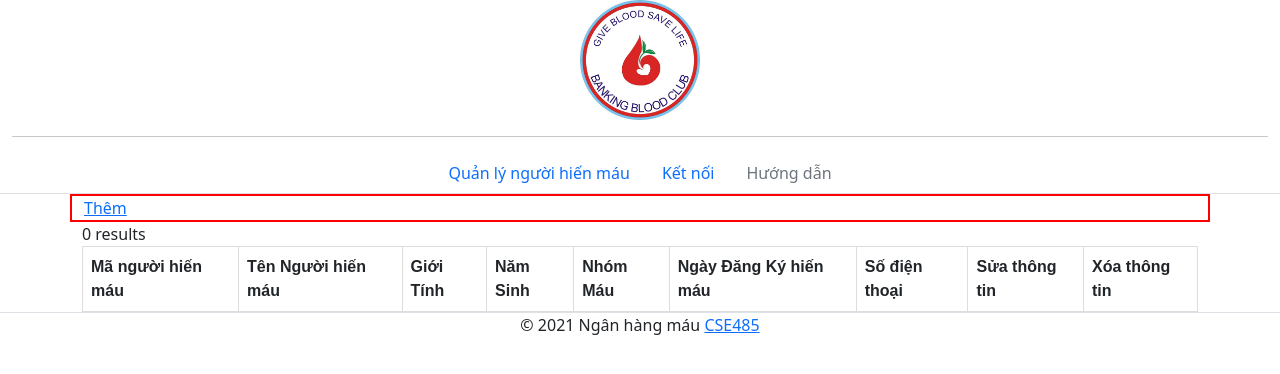
Repository: lengso01/CSE485_K61_KTGK_1951060981
Page: http://localhost/danhsach.php
The author's editor kept a copy of each file at every save. The page is drawn from the files as they stood at one save, then again after the next save.
The browser window is 1280 px wide. The pictures show the whole page.
Some web libraries are served in a nearby version. The page is run by PHP 8.4 with error messages shown; the project is at /var/www/html/. Queries for data that is not in the repository find no rows.

Above is the page before, as saved 2021-10-21 11:13:35.

After the next save:
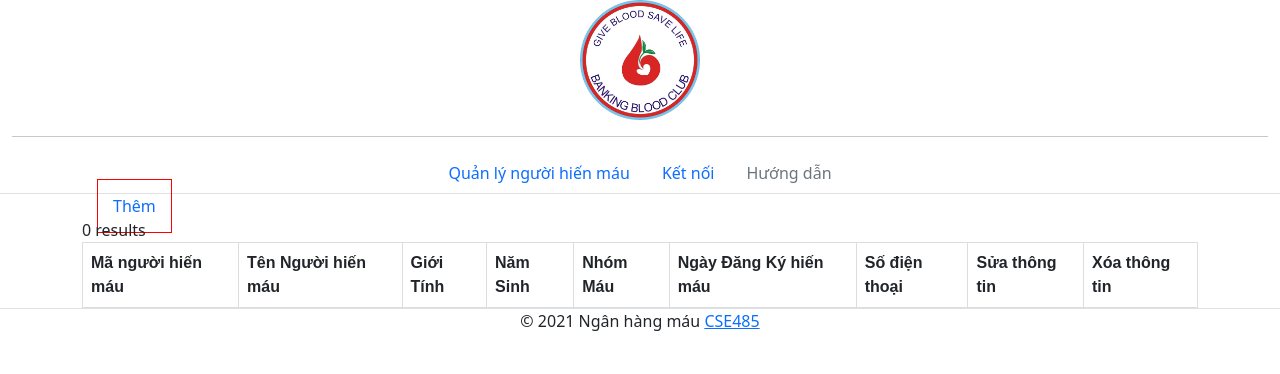
Saved 11 s later.
--- a/src/danhsach.php
+++ b/src/danhsach.php
@@ -20,8 +20,10 @@
     tr:nth-child(even) {
         background-color: #dddddd;
     }
-    .add{
+    .add a{
         border: 1px solid red;
+        margin: 15px;
+        padding: 15px;
         text-decoration: none;
     }
 </style>
